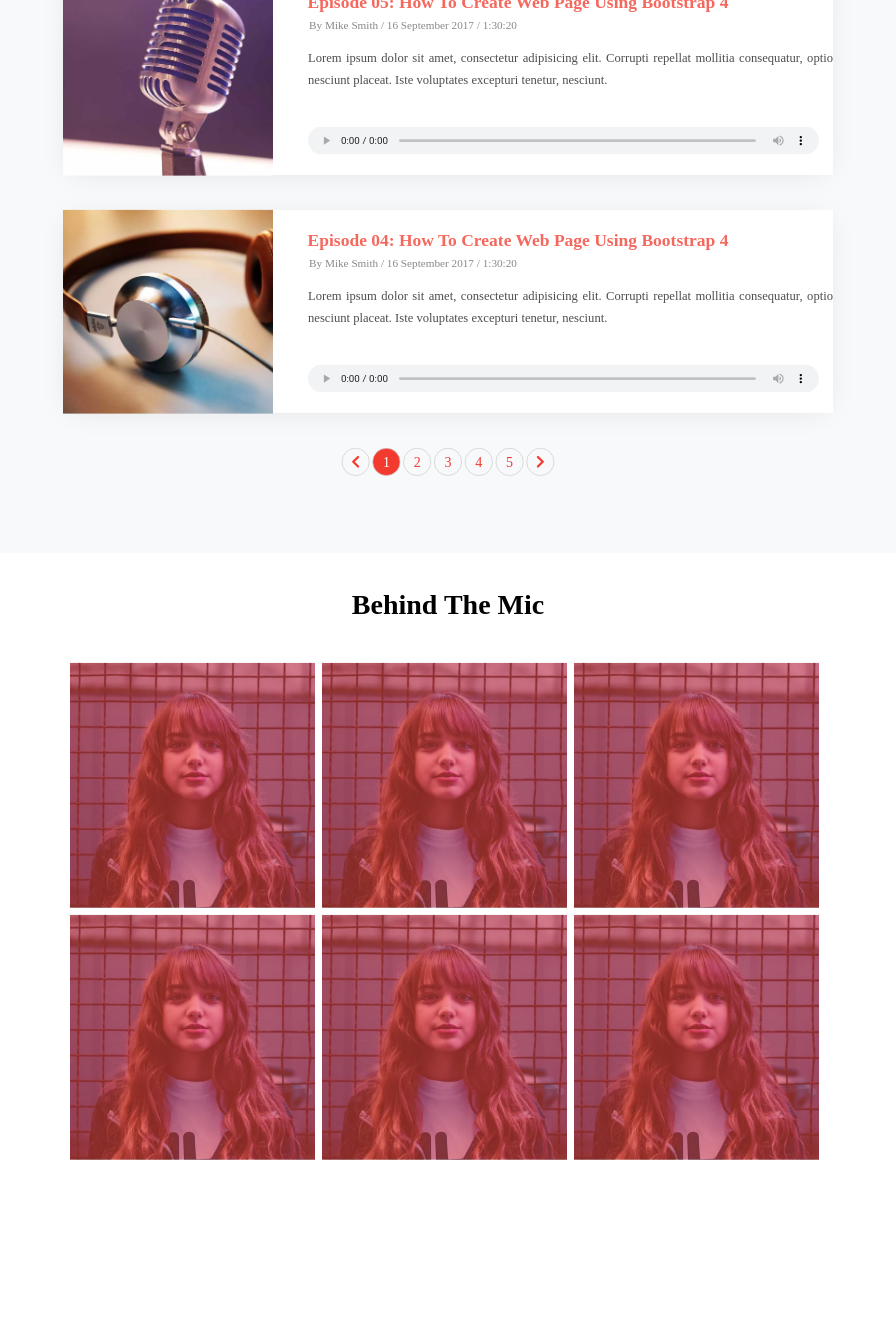
Repository: nhutduy0803/template2
Page: index.html
These files come from the project's save history. The page is drawn as it stood at one moment and after the next save; the edit follows.
The browser window is 1280 px wide. The pictures show the part of the page from y = 2077 to 3997 px (the page is 3997 px tall), at 70% of full size.

Above is the page before, as saved 2021-12-09 13:33:41.

After the next save:
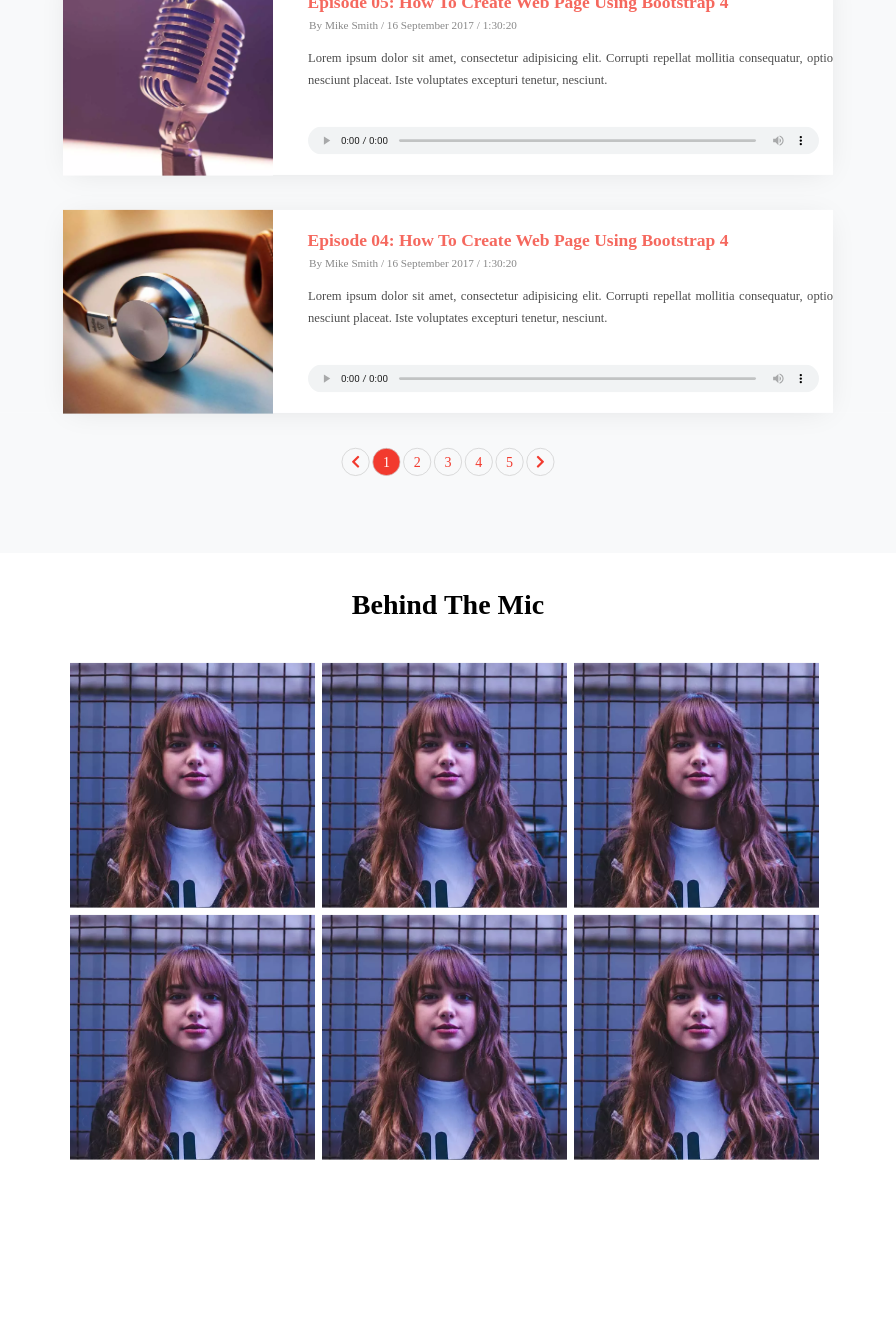
Saved 5 s later.
--- a/assets/css/style.css
+++ b/assets/css/style.css
@@ -377,5 +377,4 @@
   content: " ";
   transition: 0.5s;
   z-index: 1;
-  opacity: 0.5;
-}
+}
